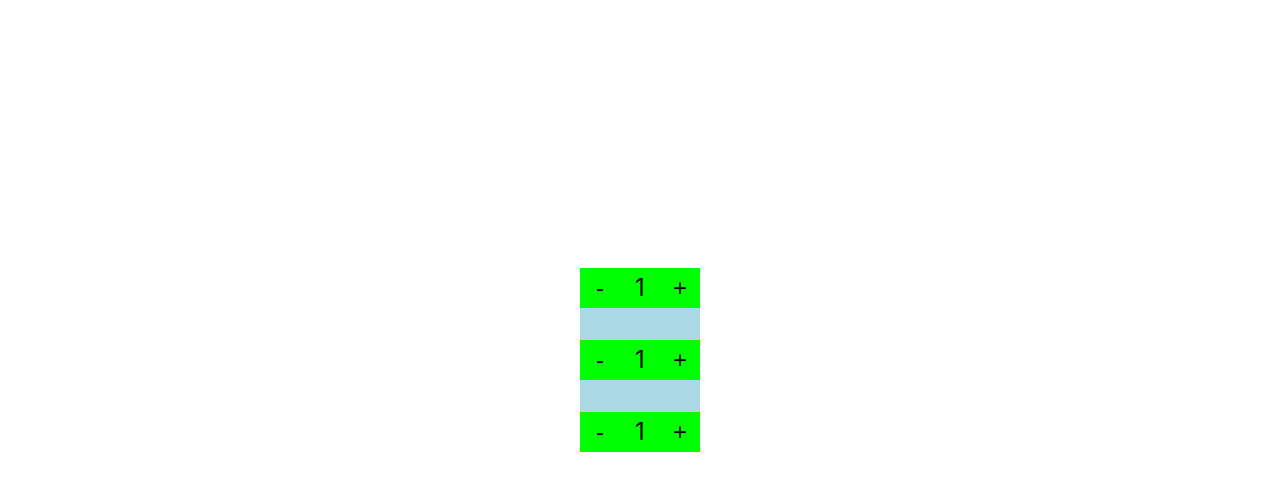
Repository: max535/test-task-netrika
Page: /
These files come from the project's save history. The page is drawn as it stood at one moment and after the next save; the edit follows.
The browser window is 1280 px wide. The pictures show the whole page.
The pointer rests on the first visible `.Decrement`.
The project was rebuilt for these pictures with package versions that can differ from the ones it lists, and the page was loaded fresh each time.

Above is the page before, as saved 2021-10-16 07:37:29.

### public/index.html
<!DOCTYPE html>
<html lang="en">
  <head>
    <meta charset="utf-8" />
    <meta name="viewport" content="width=device-width, initial-scale=1" />
    <title>Тестовые задания</title>
  </head>
  <body>
    <div id="root"></div>
  </body>
</html>

### src/App.js
import React from 'react';
import Counter from './Counter/Counter';
import './App.css';

function App() {
  return (
    <div className="App">
      <div className="Frame">
        <Counter className="White" />
        <Counter className="Red" />
        <Counter className="Lime" />
      </div>
    </div>
  );
}

export default App;

### src/Counter/Counter.js
import React, { useState } from 'react';
import "./Counter.css";

const Counter = () => {
    const [count, setCount] = useState(1);

    const handleIncrement = () => {
        setCount(count + 1);
    }

    const handleDecrement = () => {
        setCount(count - 1);
    }

    return (
        <div className="Counter">
            <button className="Decrement" onClick={handleDecrement}>-</button>
            <div className="Count">{count}</div>
            <button className="Increment" onClick={handleIncrement}>+</button>
        </div>
    );
}

export default Counter;

### src/App.css
.App {
  position: fixed;
  top: 0;
  left: 0;
  width: 100%;
  height: 100%;
  display: flex;
  flex-direction: column;
  justify-content: center;
  align-items: center;
}

### src/Counter/Counter.css
.Frame {
    display: flex;
    flex-direction: column;
    justify-content: space-between;
    align-items: center;
    width: 120px;
    height: 184px;
    background-color: lightblue;
}


.Counter {
    display: flex;
    flex-direction: row;
    justify-content: space-between;
    width: 120px;
    height: 40px;
    background-color: lime;
    border: 0;
    border-radius: 50px;

}

.Decrement, .Increment {
    width: 40px;
    height: 40px;
    border: none;
    background-color: inherit;
    font-size: 24px;
}

.Increment:hover {
    background-color: #F7F7F7;
}

/* .Increment {
    width: 40px;
    height: 40px;
} */

.Count {
    width: 40px;
    height: 40px;
    font-size: 24px;
    text-align: center;
    margin-top: 5px;
}

Loaded but not shown: src/index.js (common file); src/index.css (common file)

After the next save:
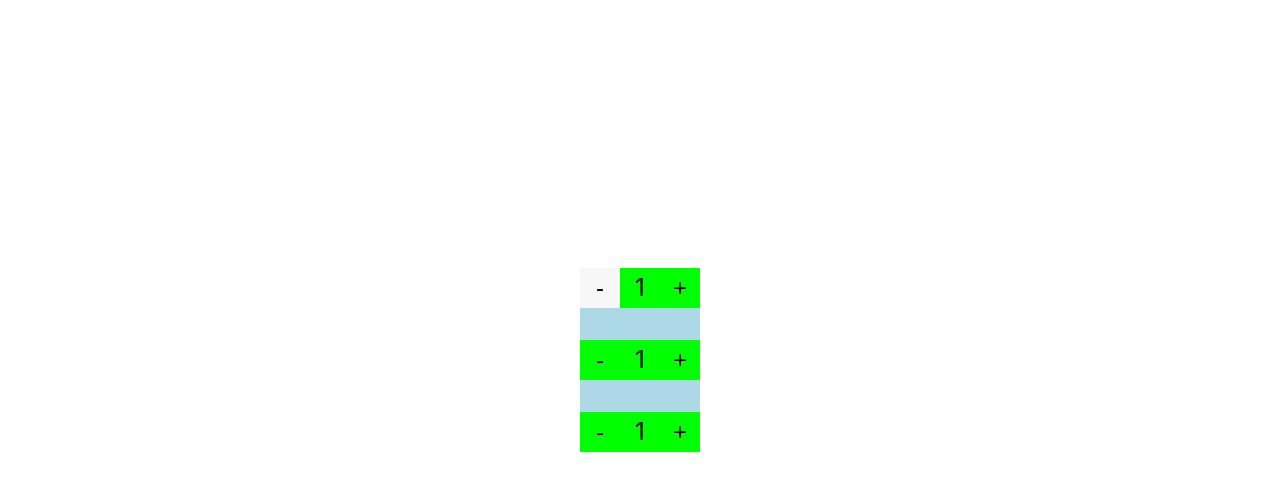
Saved 26 s later.
--- a/src/Counter/Counter.css
+++ b/src/Counter/Counter.css
@@ -32,6 +32,9 @@
 .Increment:hover {
     background-color: #F7F7F7;
 }
+.Decrement:hover {
+    background-color: #F7F7F7;
+}
 
 /* .Increment {
     width: 40px;
